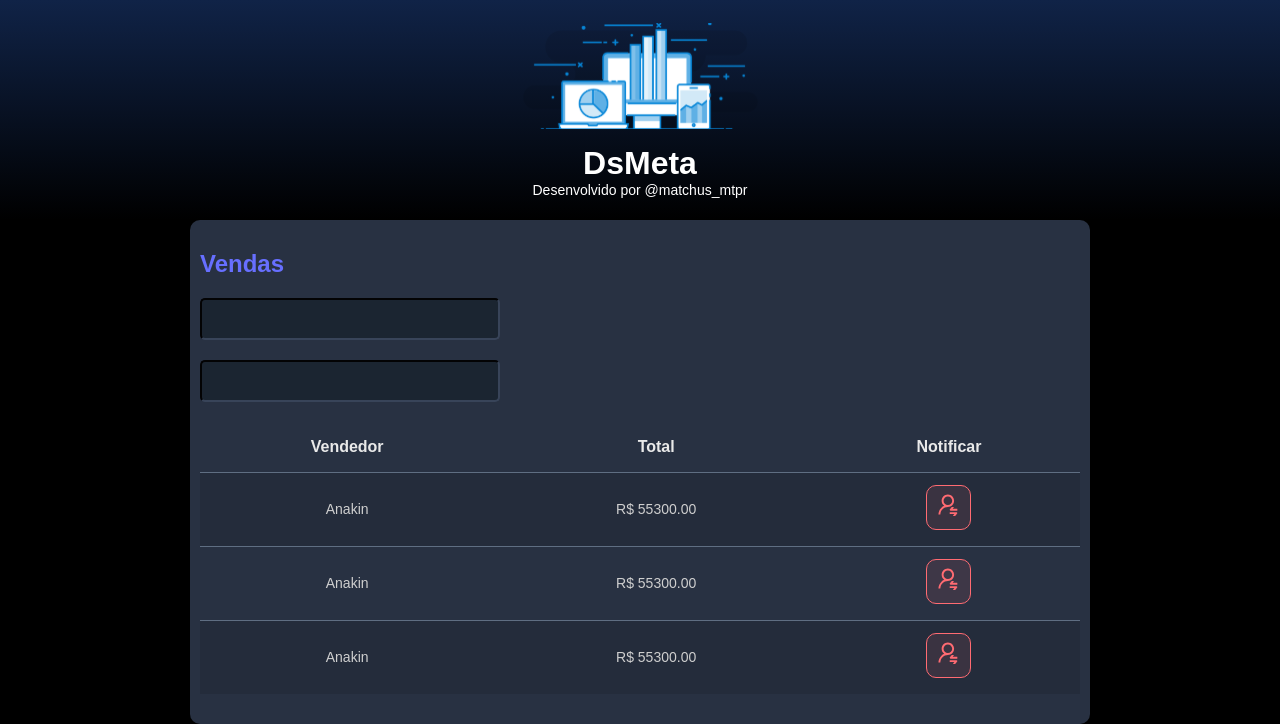
Repository: MatheusAlvesPereiraRosa/ds-meta
Page: index.html
An editor plug-in stored every save of this project. The page is shown before and after the next save, followed by the edit.
The browser window is 1280 px wide. The pictures show the whole page.

Above is the page before, as saved 2022-09-05 16:41:57.

After the next save:
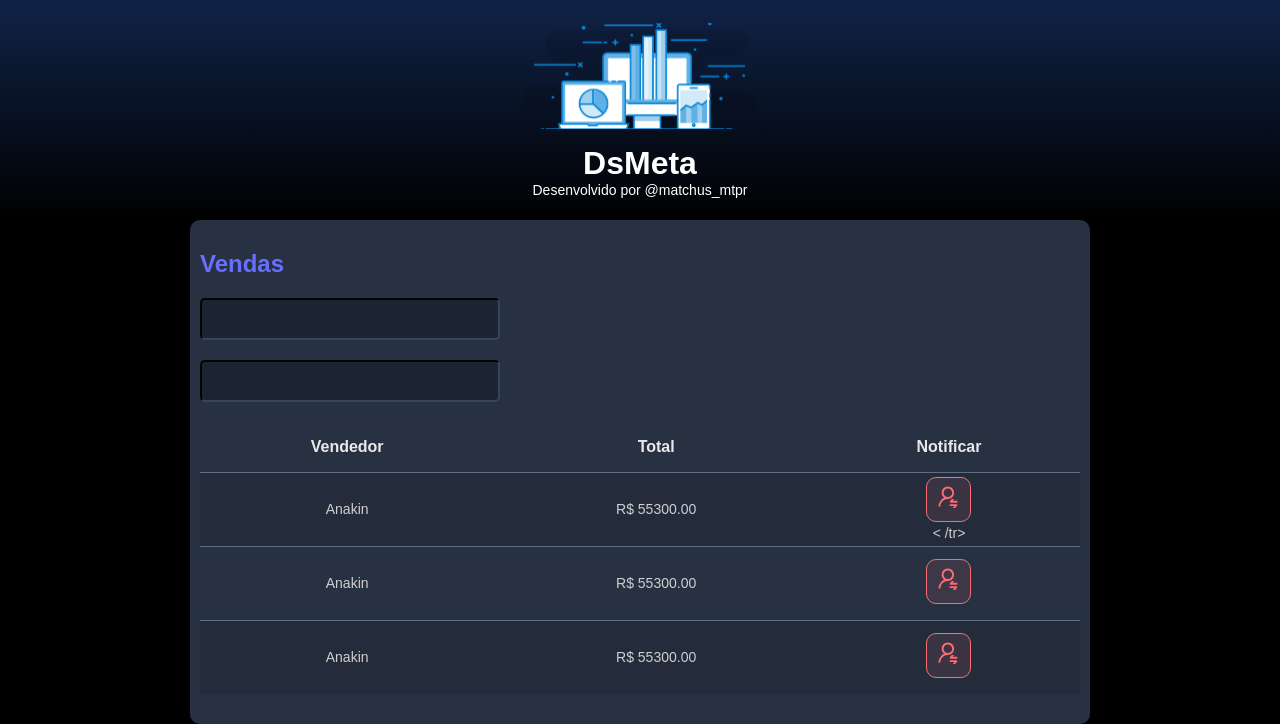
Saved 70 s later.
--- a/index.html
+++ b/index.html
@@ -48,8 +48,14 @@
                   <tr>
                     <td>Anakin</td>
                     <td>R$ 55300.00</td>
-                    <td><img src="icon.svg" alt="Notificar" /></td>
+                    <td>
+                      <div>
+                        <div><img src="icon.svg" alt="Notificar" /></div>
+                      </div>
+                      < /tr>
+                    </td>
                   </tr>
+
                   <tr>
                     <td>Anakin</td>
                     <td>R$ 55300.00</td>

After the save that followed:
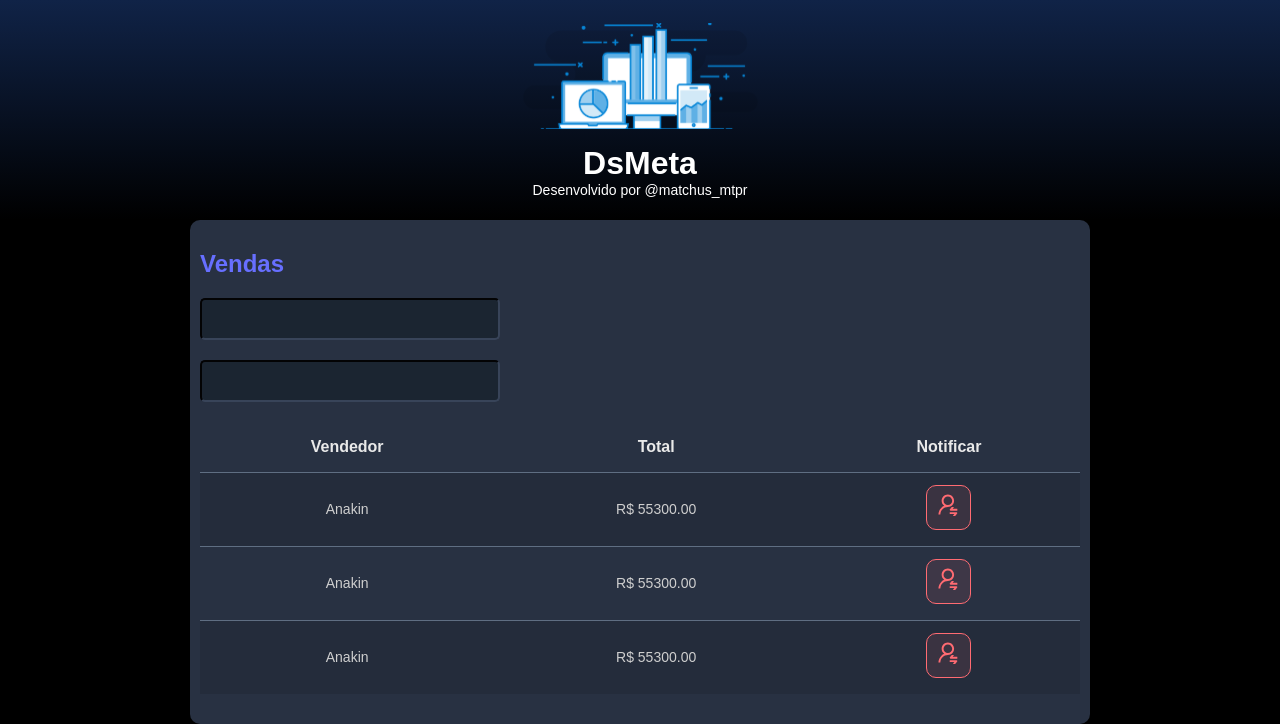
Saved 24 s later.
--- a/index.html
+++ b/index.html
@@ -50,9 +50,11 @@
                     <td>R$ 55300.00</td>
                     <td>
                       <div>
-                        <div><img src="icon.svg" alt="Notificar" /></div>
+                        <div>
+                          <img src="icon.svg" alt="Notificar" />
+                        </div>
                       </div>
-                      < /tr>
+                      </tr>
                     </td>
                   </tr>
 
